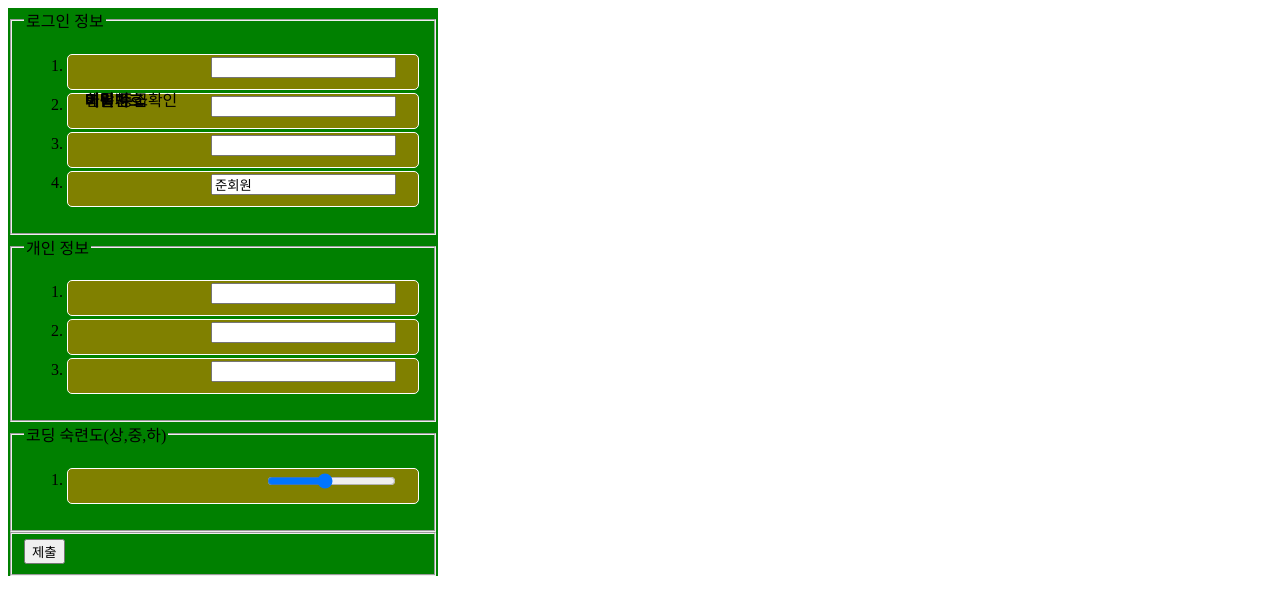
Repository: giwon8701/Qclass_KH
Page: Workspace_Java/testWebProject/test.html
An editor plug-in stored every save of this project. The page is shown before and after the next save, followed by the edit.
The browser window is 1280 px wide. The pictures show the whole page.

Above is the page before, as saved 2021-01-11 02:32:13.

After the next save:
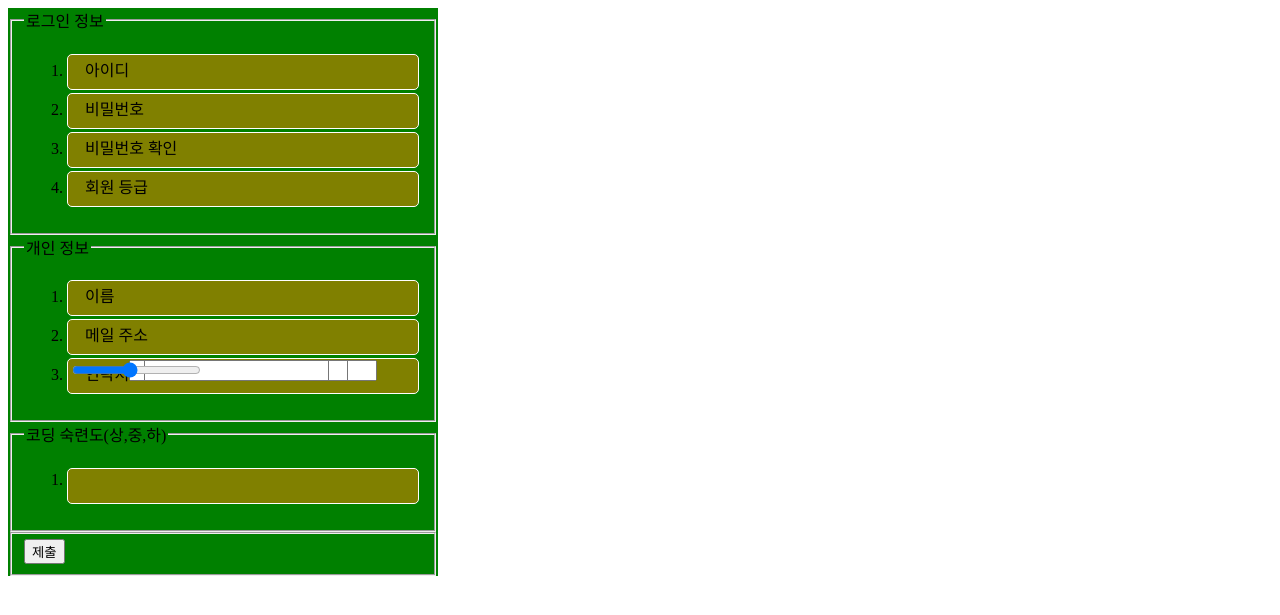
Saved 6 s later.
--- a/Workspace_Java/testWebProject/test_css.css
+++ b/Workspace_Java/testWebProject/test_css.css
@@ -15,10 +15,10 @@
 .navi ol li label {
 	width: 100px;
 	padding: 15px;
-	position: absolute;
 	top:10%;
 }
 .navi ol li input {
+	position: absolute;
 	float: right;
 	margin-right: 20px;
 	top:50%;
